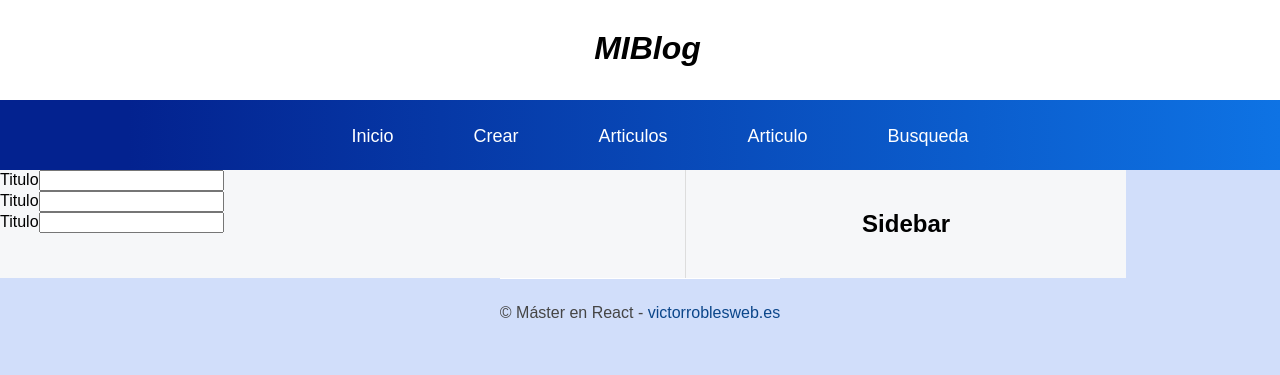
Repository: DamianBermudez94/frondEnd-blog
Page: /crear
An editor plug-in stored every save of this project. The page is shown before and after the next save, followed by the edit.
The browser window is 1280 px wide. The pictures show the whole page.
The project was rebuilt for these pictures with package versions that can differ from the ones it lists, and the page was loaded fresh each time. Also part of the build but not shown: vite.config.js, src/components/pages/Inicio.jsx, src/components/pages/Busqueda.jsx, src/helper/Global.jsx, src/helper/Peticion.jsx, src/components/pages/Listado.jsx, src/components/pages/Articulos.jsx, src/components/pages/Articulo.jsx.

Above is the page before, as saved 2023-08-14 18:55:32.

### index.html
<!doctype html>
<html lang="es">
  <head>
    <meta charset="UTF-8" />
    <link rel="icon" type="image/svg+xml" href="/vite.svg" />
    <meta name="viewport" content="width=device-width, initial-scale=1.0" />
    <title>Proyecto-blog</title>
  </head>
  <body>
    <div id="root"></div>
    <script type="module" src="/src/main.jsx"></script>
  </body>
</html>

### src/main.jsx

import ReactDOM from 'react-dom/client'
import App from './App.jsx'
import './index.css'

ReactDOM.createRoot(document.getElementById('root')).render(

    <App />

)

### src/App.jsx
import { Rutas } from "./router/rutas"



function App() {


  return (
    <div className="layout">
      <Rutas></Rutas>
    </div>
  )
}

export default App

### src/index.css
/*:root {
  font-family: Inter, system-ui, Avenir, Helvetica, Arial, sans-serif;
  line-height: 1.5;
  font-weight: 400;

  color-scheme: light dark;
  color: rgba(255, 255, 255, 0.87);
  background-color: #242424;

  font-synthesis: none;
  text-rendering: optimizeLegibility;
  -webkit-font-smoothing: antialiased;
  -moz-osx-font-smoothing: grayscale;
  -webkit-text-size-adjust: 100%;
}

a {
  font-weight: 500;
  color: #646cff;
  text-decoration: inherit;
}
a:hover {
  color: #535bf2;
}

body {
  margin: 0;
  display: flex;
  place-items: center;
  min-width: 320px;
  min-height: 100vh;
}

h1 {
  font-size: 3.2em;
  line-height: 1.1;
}

button {
  border-radius: 8px;
  border: 1px solid transparent;
  padding: 0.6em 1.2em;
  font-size: 1em;
  font-weight: 500;
  font-family: inherit;
  background-color: #1a1a1a;
  cursor: pointer;
  transition: border-color 0.25s;
}
button:hover {
  border-color: #000bdb;
}
button:focus,
button:focus-visible {
  outline: 4px auto -webkit-focus-ring-color;
}

@media (prefers-color-scheme: light) {
  :root {
    color: #213547;
    background-color: #ffffff;
  }
  a:hover {
    color: #000dff;
  }
  button {
    background-color: #f9f9f9;
  }
}*/


/*ESTILOS GENERALES*/

body{
  background: #d1defa;
  font-family: sans-serif, Arial, Helvetica;
  text-align: center;
  padding: 0px;
  margin: 0px;
  box-sizing: border-box;

}

.layout{
  display: grid;
  grid-template-areas:
      "header header header header"
      "nav nav nav nav"
      "content content content lateral"
      "footer footer footer footer"
  ;
  grid-template-rows: 100px 70px auto 70px;
}

/*ESTILOS CABECERA*/

.header{
  grid-area: header;
  width: 100%;
  background: white;
  text-align: left;
  font-style: italic;

  display: flex;
  justify-content: center;
}



.header h1{
  margin-left: 15px;
  margin-top: 30px;
}

/*ESTILOS DE LA BARRA DE NAVEGACIÓN*/

.nav{
  grid-area: nav;
  background: linear-gradient(90deg, #03228f 10%, #0e73e4 100%);
}

.nav > ul {
  display: flex;
  justify-content: center;
  align-items: center;
  list-style: none;
}

.nav li{
  padding: 10px;
}

.nav a {
  display: block;
  margin-left: 30px;
  margin-right: 30px;
  font-size: 18px;
  font-weight: lighter;
  color: white;
  text-decoration: none;
  transition: all 300ms;
}

.nav a:hover{
  transform: scale(1.1, 1.1);
}

/*ESTILOS PARA EL CONTENIDO PRINCIPAL*/

.content{

  grid-area: content;
  background: #f6f7f9;
  display: flex;
  flex-flow: wrap;
  justify-content: flex-start;
  align-items: initial;
  flex-grow: 1;
}
.jumbo{
  width: 85%;
  height: 80%;
  padding-top: 20px;
  display: flex;
  background-color: #ddd;
  justify-content: center;
  align-items: center;
  flex-direction: column;
  border-radius: 5px;
  box-shadow: 1px 0px 10px 0px #6e6e6e;
  margin: 30px auto;
}
.articulo-item{
  flex-grow: 1;
  background: white;
  border-radius: 10px;
  box-shadow: 0px 0px 6px #ddd;
  margin: 20px;
  padding-top: 60px;
  padding-bottom: 60px;
  padding-left: 25px;
  padding-right: 25px;
  display: flex;
  justify-content: center;
  align-items: center;
  max-height: 225px;
}
.articulo-img img{
  width: 500px;
  overflow: hidden;
}
.articulo-item .edit{
  margin-right: 7px;
}
.articulo-datos{
  text-align: left;
}
.title-articulo{
  font-size: 25px;

}
.button,
button,
input[type="submit"],
input[type="button"]{
  width: 100px;
  background: #0b70e1;
  color: white;
  border: 0;
  outline: 0;
  padding:15px;
  border-radius: 3px;
  margin-top:15px;
  text-transform: capitalize;
  font-size: 16px;
  font-weight: 500;
  cursor: pointer;
  transition: all 300ms;
}
.articulo-borrar{
  margin-right: 20px;
}
.articulo-item .articulo-borrar:hover{

  background: #9b0202;
}

.articulo-item .articulo-editar:hover{
  background: #e77b00;
}

/*ESTILOS BARRA LATERAL*/

.lateral{
  width: 400px;
  grid-area: lateral;
  background: #f6f7f9;
  border-left: 1px solid #ddd;
  padding: 20px;
}

.lateral > div{
  box-sizing: border-box;
  width: 90%;
  margin: 20px;
  padding: 20px;
  padding-top: 10px;
  background: white;
  border-radius: 10px;
  box-shadow: 0px 0px 6px #ddd;
}

.lateral input[type="text"],
.lateral input[type="text"],
.lateral textarea,
.edit_form input[type="text"],
.edit_form input[type="text"],
.edit_form textarea
{
  display: block;
  margin: 0 auto;
  margin-top: 15px;
  padding: 12px;
  border-radius: 5px;
  background: #f6f7f9;
  color: #454545;
  width: 80%;
  max-width: 250px;
  min-width: 250px;
  min-height: 30px;
  max-height: 250px;
  opacity: 4;
  outline: 0;
  border-color: transparent;
}
.no-encontrado{
  color: #9b0202;
}
.edit_form{
  border-top: 1px solid #ddd;
  margin-top: 10px;
}

/*ESTILOS PARA EL PIE DE PÁGINA*/
.footer{
  max-height: 300px;
  grid-area: footer;
  margin: 0 auto;
  background-color: #d1defa;
  color: #454545;
  border-top: 1px solid white;

  line-height: 68px;

}

.footer a{
  color: #0b468a;
  text-decoration: none;
}

@media (max-width: 1085px){
  .content {
      flex-flow: column wrap;
      justify-content: center;
      align-items: center;
  }

  .articulo-item{
      width: 80%;
  }
}

### src/router/rutas.jsx

import { BrowserRouter, Routes, Route } from "react-router-dom";
import { Inicio } from "../components/pages/Inicio";
import { Busqueda } from "../components/pages/Busqueda";
import { Crear } from "../components/pages/Crear";
import Articulos from "../components/pages/Articulos";
import { Articulo } from "../components/pages/Articulo";
import { Header } from "../components/layout/Header";
import { Nav } from "../components/layout/Nav";
import { Footer } from "../components/layout/Footer";
import { Sidebar } from "../components/layout/Sidebar";


export const Rutas = ()=>{

    return(

        <BrowserRouter>
            {/*Layout*/}
            <Header></Header>
            <Nav></Nav>
            {/*Contenido principal y rutas*/}
            <section id="content" className="content">
                <Routes>
                    <Route path="/" element={<Inicio/>}/>
                    <Route path="/inicio" element={<Inicio/>}/>
                    <Route path="/busqueda" element={<Busqueda/>}/>
                    <Route path="/crear" element={<Crear/>}/>
                    <Route path="/articulos" element={<Articulos/>}/>
                    <Route path="/articulo" element={<Articulo/>}/>
                </Routes>
            </section>
            <Sidebar/>
            <Footer></Footer>
        </BrowserRouter>

    )

}

### src/components/pages/Crear.jsx
import React from "react";

export const Crear = () => {
  return (
    <div>
      <form action="">
        <div className="grup-form">
          <label htmlFor="">Titulo</label>
          <input type="text" />
        </div>
        <div className="grup-form">
          <label htmlFor="">Titulo</label>
          <input type="text" />
        </div>
        <div className="grup-form">
          <label htmlFor="">Titulo</label>
          <input type="text" />
        </div>
      </form>
    </div>
  );
};

### src/components/layout/Header.jsx
import React from 'react'

export const Header = () => {
  return (

         <header className="header">
            <h1>MIBlog</h1>
        </header>

  )
}

### src/components/layout/Nav.jsx
import React from 'react'
import { NavLink } from 'react-router-dom'

export const Nav = () => {
  return (

           <nav className="nav">
            <ul>
                <li><NavLink to="/#">Inicio</NavLink></li>
                <li><NavLink to="/crear">Crear</NavLink></li>
                <li><NavLink to="/articulos">Articulos</NavLink></li>
                <li><NavLink to="/articulo">Articulo</NavLink></li>
                <li><NavLink to="/busqueda">Busqueda</NavLink></li>

            </ul>
        </nav>

  )
}

### src/components/layout/Footer.jsx
import React from 'react'

export const Footer = () => {
  return (

         <footer className="footer">
            &copy; Máster en React - <a href="https://victorroblesweb.es">victorroblesweb.es</a>
        </footer>

  )
}

### src/components/layout/Sidebar.jsx
import React from 'react'

export const Sidebar = () => {
  return (
        <aside className="lateral">

            <h1>Sidebar</h1>

        </aside>

  )
}

After the next save:
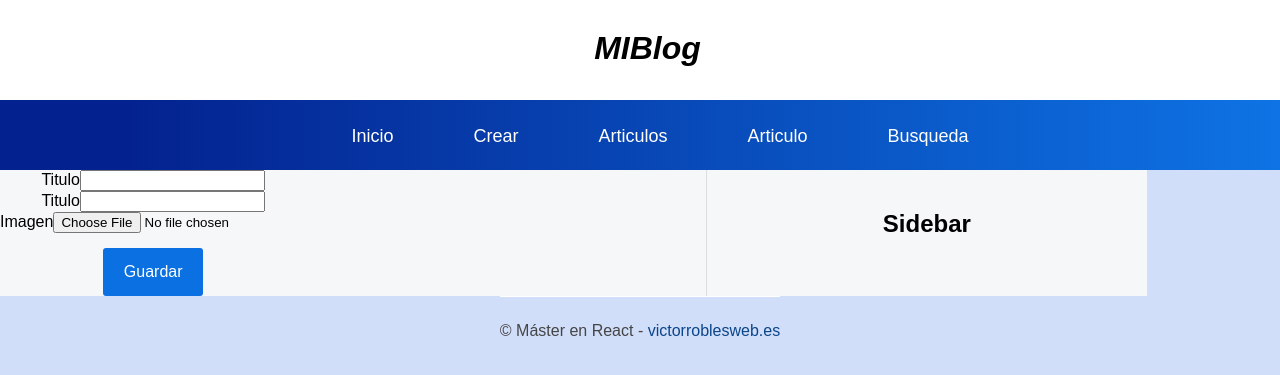
Saved 30 s later.
--- a/src/components/pages/Crear.jsx
+++ b/src/components/pages/Crear.jsx
@@ -13,9 +13,10 @@ export const Crear = () => {
           <input type="text" />
         </div>
         <div className="grup-form">
-          <label htmlFor="">Titulo</label>
-          <input type="text" />
+          <label htmlFor="">Imagen</label>
+          <input type="file" />
         </div>
+        <input type="button" value="Guardar" />
       </form>
     </div>
   );
